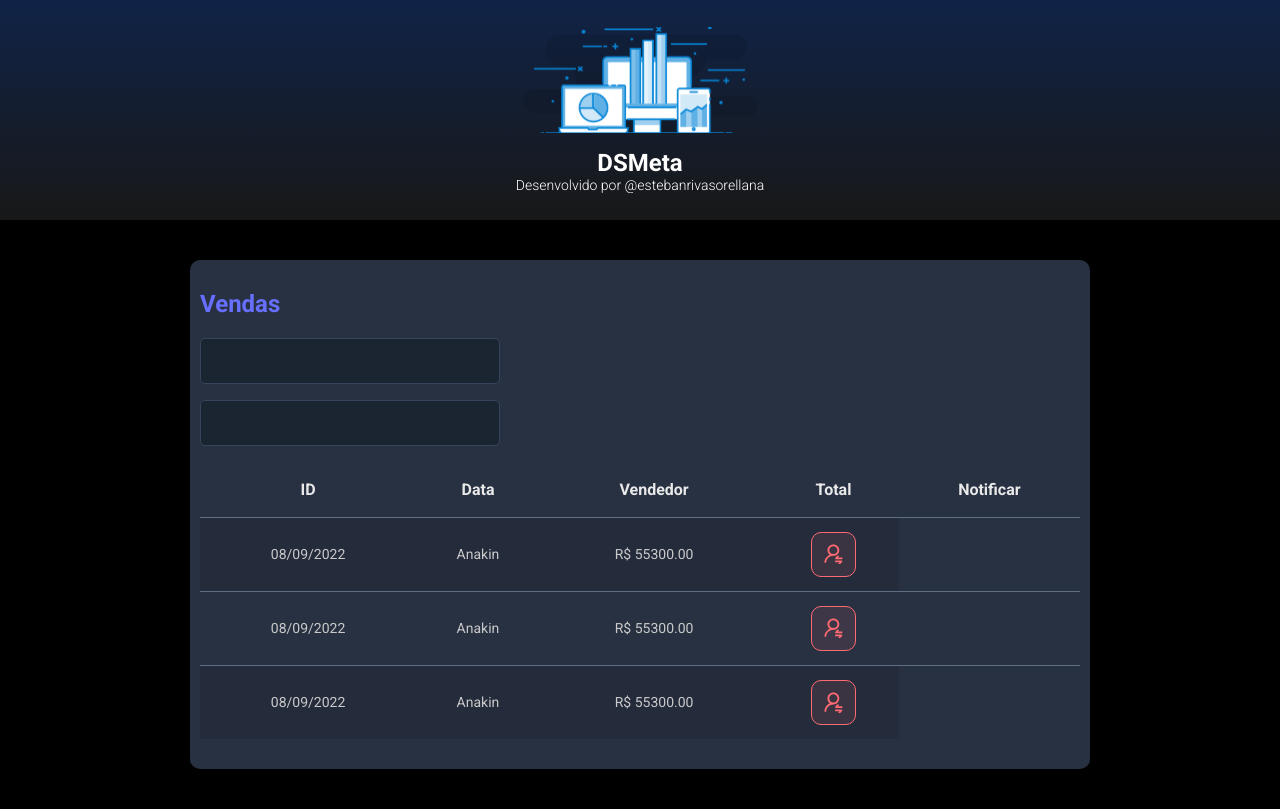
Repository: estebanrivas/dsmeta-css
Page: index.html
The author's editor kept a copy of each file at every save. The page is drawn from the files as they stood at one save, then again after the next save.
The browser window is 1280 px wide. The pictures show the whole page.

Above is the page before, as saved 2022-09-08 22:23:56.

### index.html
<!DOCTYPE html>
<html lang="en">

<head>
    <meta charset="UTF-8">
    <meta http-equiv="X-UA-Compatible" content="IE=edge">
    <meta name="viewport" content="width=device-width, initial-scale=1.0">
    <title>DSMeta</title>

    <link rel="stylesheet" href="css/styles.css">
</head>

<body>
    <header>
        <div class="dsmeta-logo-container">
            <img src="images/logo.svg" alt="DSMeta">
            <h1>DSMeta</h1>
            <p>Desenvolvido por
                <a href="https://www.instagram.com/estebanrivasorellana/">@estebanrivasorellana</a>
            </p>
        </div>
    </header>

    <main>
        <section id="sales">
            <div class="dsmeta-container">
                <div class="dsmeta-card">
                    <h2 class="dsmeta-sales-title">Vendas</h2>

                    <div>
                        <div class="dsmeta-form-control-container">
                            <input class="dsmeta-form-control" type="text">
                        </div>
                        <div class="dsmeta-form-control-container">
                            <input class="dsmeta-form-control" type="text">
                        </div>
                    </div>

                    <div>
                        <table class="dsmeta-sales-table">
                            <thead>
                                <tr>
                                    <th class="show900">ID</th>

                                    <th class="show576">Data</th>
                                    <th>Vendedor</th>
                                    <th>Total</th>
                                    <th>Notificar</th>
                                </tr>
                            </thead>
                            <tbody>
                                <tr>
                                    <td class="show576">08/09/2022</td>
                                    <td>Anakin</td>
                                    <td>R$ 55300.00</td>
                                    <td>
                                        <div class="dsmeta-red-btn-container">
                                            <div class="dsmeta-red-btn">
                                                <img src="images/notification-icon.svg" alt="Notificar">
                                            </div>
                                        </div>
                                    </td>
                                </tr>
                                <tr>
                                    <td class="show576">08/09/2022</td>
                                    <td>Anakin</td>
                                    <td>R$ 55300.00</td>
                                    <td>
                                        <div class="dsmeta-red-btn-container">
                                            <div class="dsmeta-red-btn">
                                                <img src="images/notification-icon.svg" alt="Notificar">
                                            </div>
                                        </div>
                                    </td>
                                </tr>
                                <tr>
                                    <td class="show576">08/09/2022</td>
                                    <td>Anakin</td>
                                    <td>R$ 55300.00</td>
                                    <td>
                                        <div class="dsmeta-red-btn-container">
                                            <div class="dsmeta-red-btn">
                                                <img src="images/notification-icon.svg" alt="Notificar">
                                            </div>
                                        </div>
                                    </td>
                                </tr>
                            </tbody>
                        </table>
                    </div>
                </div>
            </div>
        </section>
    </main>


</body>

</html>

### css/styles.css
@import url("https://fonts.googleapis.com/css2?family=Roboto:wght@300;400;700&display=swap");

* {
  font-family: "Roboto", sans-serif;
  box-sizing: border-box;
  margin: 0;
  padding: 0;
}

body,
html {
  background-color: #000;
  color: #fff;
}

a,
a:hover,
a:visited {
  color: unset;
  text-decoration: none;
}

header {
  height: 220px;
  background: linear-gradient(180deg, #102347 0%, #181818 100%);
  display: flex;
  align-items: center;
  justify-content: center;
}

.dsmeta-logo-container {
  display: flex;
  flex-direction: column;
  align-items: center;
}

.dsmeta-logo-container img {
  width: 235px;
}

.dsmeta-logo-container h1 {
  padding-top: 15px;
  font-size: 24px;
}

.dsmeta-logo-container p {
  font-size: 14px;
  font-weight: 300;
}

#sales {
  padding: 40px 10px;
}

.dsmeta-container {
  width: 100%;
  max-width: 900px;
  margin: 0 auto;
}

.dsmeta-card {
  background-color: #283142;
  border-radius: 10px;
  padding: 30px 10px;
}

.dsmeta-form-control-container {
  margin-bottom: 16px;
  max-width: 300px;
}

.dsmeta-form-control {
  width: 100%;
  height: 46px;
  background-color: #1b2531;
  border: 1px solid #384459;
  border-radius: 5px;
  color: #9aaabe;
  padding: 0 20px;
  font-size: 18px;
  font-weight: 400;
}

.dsmeta-sales-title {
  color: #676fff;
  font-size: 24px;
  margin-bottom: 20px;
}

.dsmeta-sales-table {
  width: 100%;
  border-spacing: 0;
  border-collapse: collapse;
}

.dsmeta-sales-table thead {
  height: 55px;
  font-size: 16px;
  color: #e9e9e9;
  font-weight: 700;
}

.dsmeta-sales-table tbody {
  font-size: 14px;
  font-weight: 400;
  color: #c9c9c9;
  text-align: center;
}

.dsmeta-sales-table tbody tr {
  height: 74px;
  border-top: 1px solid #5f6e82;
}

.dsmeta-sales-table tbody tr:hover > td {
  background-color: #384459;
}

.dsmeta-sales-table tbody tr:nth-child(odd) {
  background-color: #242c3b;
}

.dsmeta-red-btn-container{
    display: flex;
    justify-content: center;
}

.dsmeta-red-btn {
  height: 45px;
  width: 45px;
  display: flex;
  align-items: center;
  justify-content: center;
  background: rgba(255, 107, 114, 0.1);
  border: 1px solid #ff6b72;
  border-radius: 10px;
  cursor: pointer;
}

.dsmeta-red-btn img{
    width: 19px;
}

.show576{
    display: none;
}

@media (min-width: 576px){
    .show576{
        display: table-cell;
    }
}

After the next save:
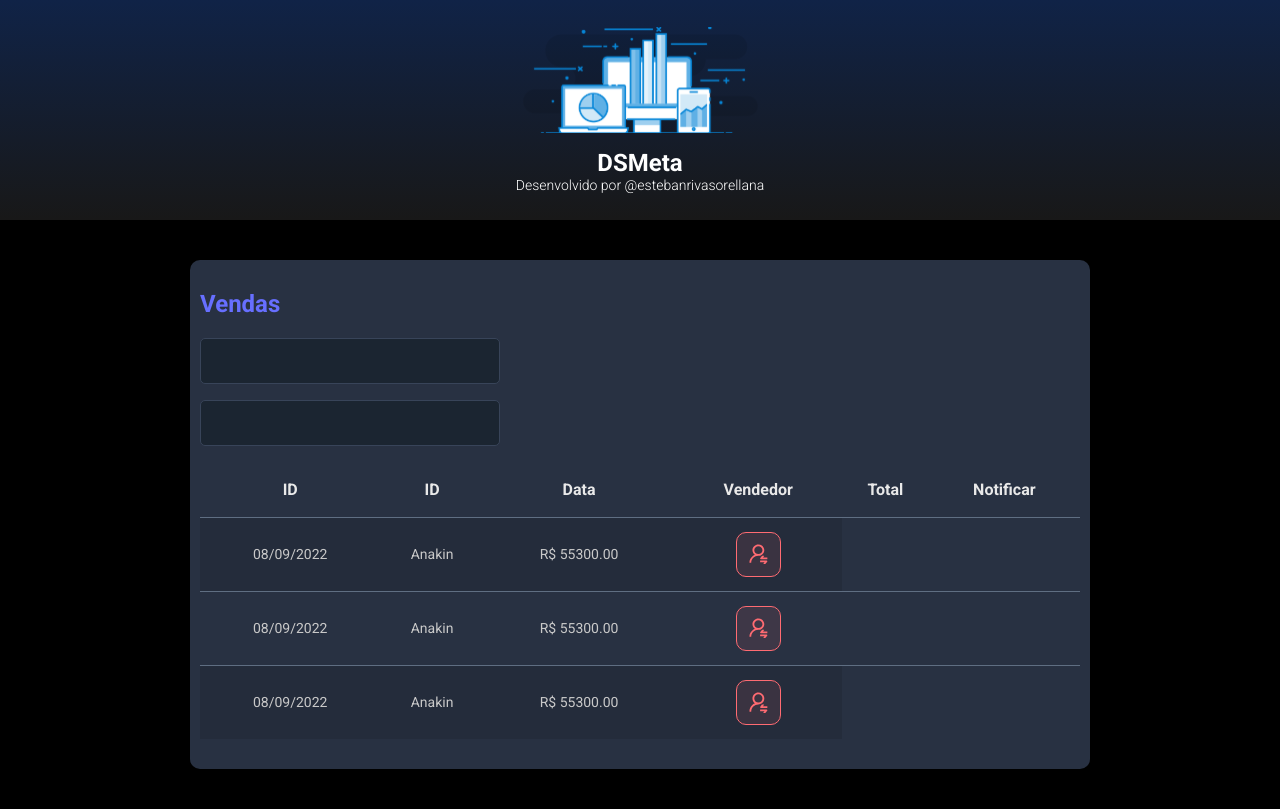
Saved 8 s later.
--- a/index.html
+++ b/index.html
@@ -41,7 +41,7 @@
                             <thead>
                                 <tr>
                                     <th class="show900">ID</th>
-
+                                    <th class="show900">ID</th>
                                     <th class="show576">Data</th>
                                     <th>Vendedor</th>
                                     <th>Total</th>

After the save that followed:
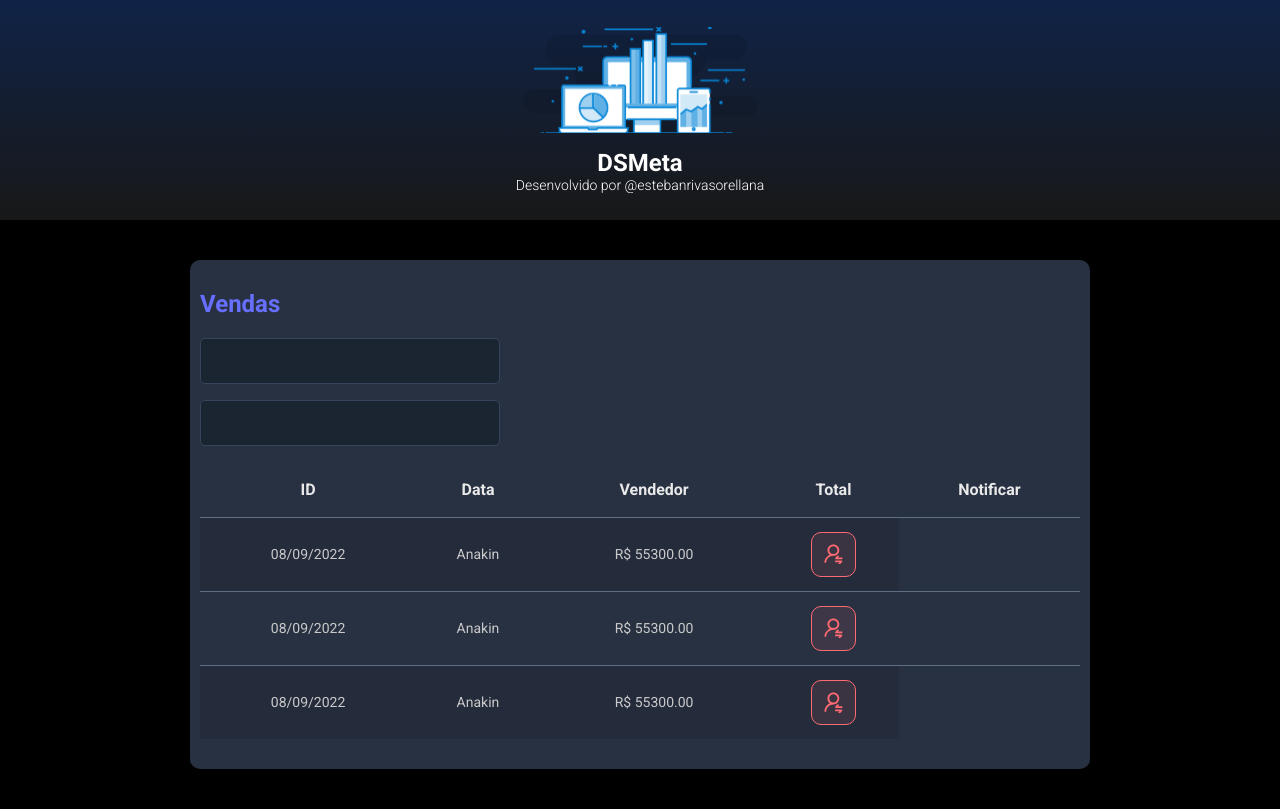
Saved 4 s later.
--- a/index.html
+++ b/index.html
@@ -40,7 +40,6 @@
                         <table class="dsmeta-sales-table">
                             <thead>
                                 <tr>
-                                    <th class="show900">ID</th>
                                     <th class="show900">ID</th>
                                     <th class="show576">Data</th>
                                     <th>Vendedor</th>
